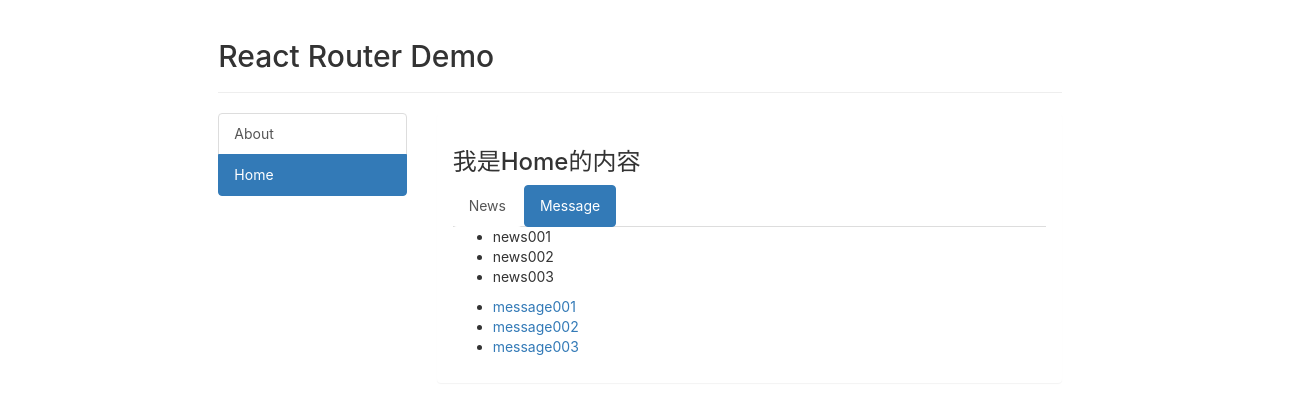
Repository: Shanshan67/React_a
Page: /home
An editor plug-in stored every save of this project. The page is shown before and after the next save, followed by the edit.
The browser window is 1280 px wide. The page is 1295 px wide, so the pictures cover 1295 px, including what lies to the right of the window. The pictures show the whole page.
The project was rebuilt for these pictures with package versions that can differ from the ones it lists, and the page was loaded fresh each time. Imported but missing from the stored project, and not drawn on this page: src/pages/About.

Above is the page before, as saved 2022-12-07 21:07:18.

### public/index.html
<!DOCTYPE html>
<html lang="en">
  <head>
    <meta charset="utf-8" />
    <link rel="icon" href="%PUBLIC_URL%/favicon.ico" />
    <meta name="viewport" content="width=device-width, initial-scale=1" />
    <meta name="theme-color" content="#000000" />
    <meta
      name="description"
      content="Web site created using create-react-app"
    />
    <link rel="apple-touch-icon" href="%PUBLIC_URL%/logo192.png" />
    <!--
      manifest.json provides metadata used when your web app is installed on a
      user's mobile device or desktop. See https://developers.google.com/web/fundamentals/web-app-manifest/
    -->
    <link rel="manifest" href="%PUBLIC_URL%/manifest.json" />
    <link rel="stylesheet" href="/css/bootstrap.css" />
    <!--
      Notice the use of %PUBLIC_URL% in the tags above.
      It will be replaced with the URL of the `public` folder during the build.
      Only files inside the `public` folder can be referenced from the HTML.

      Unlike "/favicon.ico" or "favicon.ico", "%PUBLIC_URL%/favicon.ico" will
      work correctly both with client-side routing and a non-root public URL.
      Learn how to configure a non-root public URL by running `npm run build`.
    -->
    <title>React App</title>
  </head>
  <body>
    <noscript>You need to enable JavaScript to run this app.</noscript>
    <div id="root"></div>
    <!--
      This HTML file is a template.
      If you open it directly in the browser, you will see an empty page.

      You can add webfonts, meta tags, or analytics to this file.
      The build step will place the bundled scripts into the <body> tag.

      To begin the development, run `npm start` or `yarn start`.
      To create a production bundle, use `npm run build` or `yarn build`.
    -->
  </body>
</html>

### src/index.js
import React from 'react';
import ReactDOM from 'react-dom/client';
import {BrowserRouter} from 'react-router-dom'
import './index.css';
import App from './App';
import reportWebVitals from './reportWebVitals';

const root = ReactDOM.createRoot(document.getElementById('root'));
root.render(
  <BrowserRouter>
    <App />
  </BrowserRouter>
);

// If you want to start measuring performance in your app, pass a function
// to log results (for example: reportWebVitals(console.log))
// or send to an analytics endpoint. Learn more: https://bit.ly/CRA-vitals
reportWebVitals();

### src/App.jsx
import React, { Component } from 'react'
import {NavLink,Route,Routes} from 'react-router-dom'
import Header from './components/Header'
import About from './pages/About'
import Home from './pages/Home'

export default class App extends Component {
  render() {
    //const {users} = this.state <List users={users}/>
    return (
      <div>
        <div className="row">
          <div className="col-xs-offset-2 col-xs-8">
            <Header/>
          </div>
        </div>
        <div className="row">
          <div className="col-xs-2 col-xs-offset-2">
            <div className="list-group">
              {/* <a className="list-group-item" href="./about.html">About</a>
              <a className="list-group-item active" href="./home.html">Home</a> */}
              <NavLink className="list-group-item" to="/about">About</NavLink>
              <NavLink className="list-group-item" to="/home">Home</NavLink>
            </div>
          </div>
          <div className="col-xs-6">
            <div className="panel">
              <div className="panel-body">
                <Routes>
                  <Route path='/about' element={<About />}/>
                  <Route path='/home' element={<Home />}/>
                </Routes>
              </div>
            </div>
          </div>
        </div>
      </div>
    )
  }
}

### src/components/Header/index.jsx
import React, { Component } from 'react'

export default class Header extends Component {
    render() {
    return (
        <div className="page-header"><h2>React Router Demo</h2></div>
    )
    }
}

### src/pages/Home/index.jsx
import React, { Component } from 'react'
import News from './News'
import Message from './Message'

export default class Home extends Component {
    render() {
    return (
        <div>
            <h3>我是Home的内容</h3>
            <div>
            <ul className="nav nav-tabs">
            <li>
                <a className="list-group-item" href="./home-news.html">News</a>
            </li>
            <li>
                <a className="list-group-item active" href="./home-message.html">Message</a>
            </li>
            </ul>
                <News/>
                <Message/>
            </div>
        </div>
    )
    }
}

### src/pages/Home/News/index.jsx
import React, { Component } from 'react'

export default class News extends Component {
  render() {
    return (
        <ul>
            <li>news001</li>
            <li>news002</li>
            <li>news003</li>
        </ul>
    )
  }
}

### src/pages/Home/Message/index.jsx
import React, { Component } from 'react'

export default class Message extends Component {
  render() {
    return (
        <div>
            <ul>
            <li>
                <a href="/message1">message001</a>&nbsp;&nbsp;
            </li>
            <li>
                <a href="/message2">message002</a>&nbsp;&nbsp;
            </li>
            <li>
                <a href="/message/3">message003</a>&nbsp;&nbsp;
            </li>
            </ul>
        </div>
    )
  }
}

Loaded but not shown: src/index.css (common file); src/reportWebVitals.js (common file); public/css/bootstrap.css (library)

After the next save:
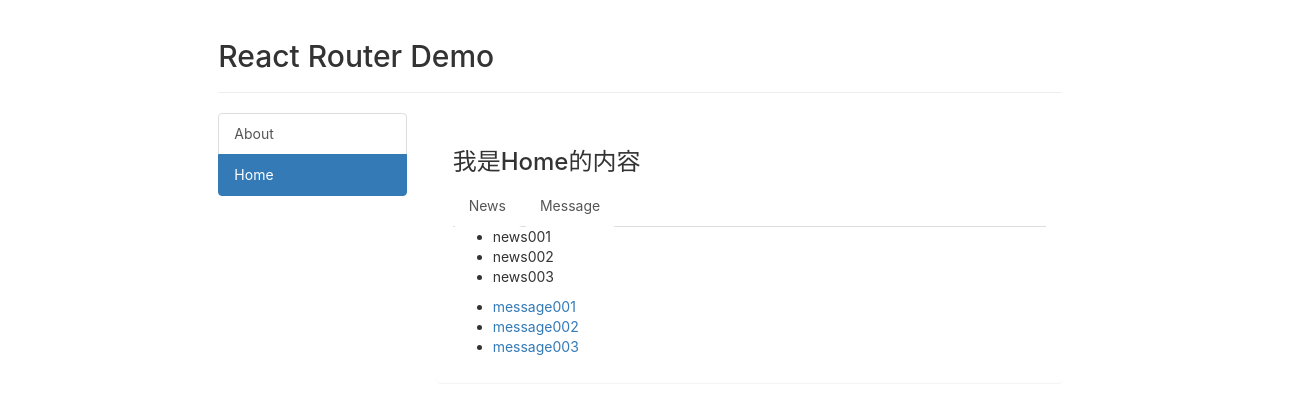
Saved 36 s later.
--- a/src/pages/Home/index.jsx
+++ b/src/pages/Home/index.jsx
@@ -13,7 +13,7 @@ export default class Home extends Component {
                 <a className="list-group-item" href="./home-news.html">News</a>
             </li>
             <li>
-                <a className="list-group-item active" href="./home-message.html">Message</a>
+                <a className="list-group-item" href="./home-message.html">Message</a>
             </li>
             </ul>
                 <News/>
